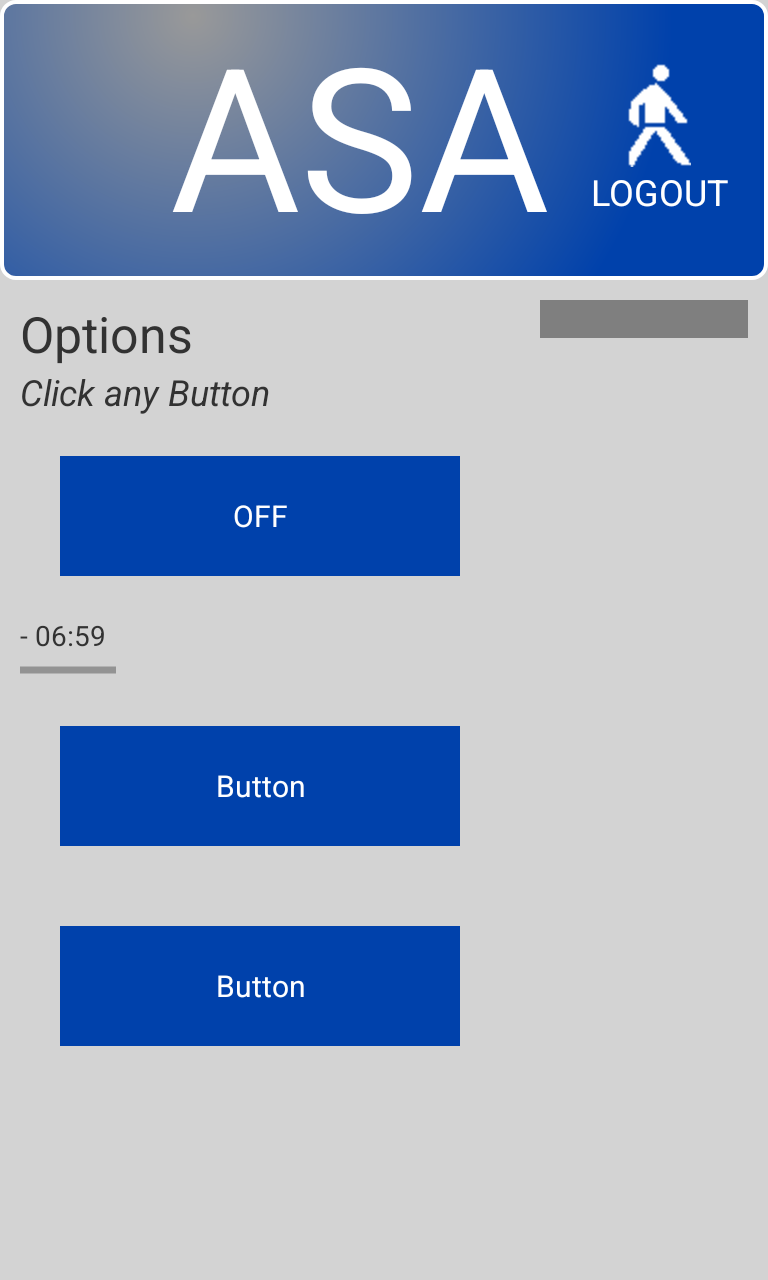
Repository: vinnare89/ASA
Layout: ASA/res/layout/asa_layout.xml
These files come from the project's save history. The layout is drawn as it stood at one moment and after the next save; the edit follows.
Pictures or frames that could not be fetched are drawn as grey boxes. It is drawn on a 768 x 1280 px phone screen (xhdpi) without system bars, with theme AppTheme; the app's code is not run.

Above is the layout before, as saved 2013-12-28 13:52:08.

After the next save:
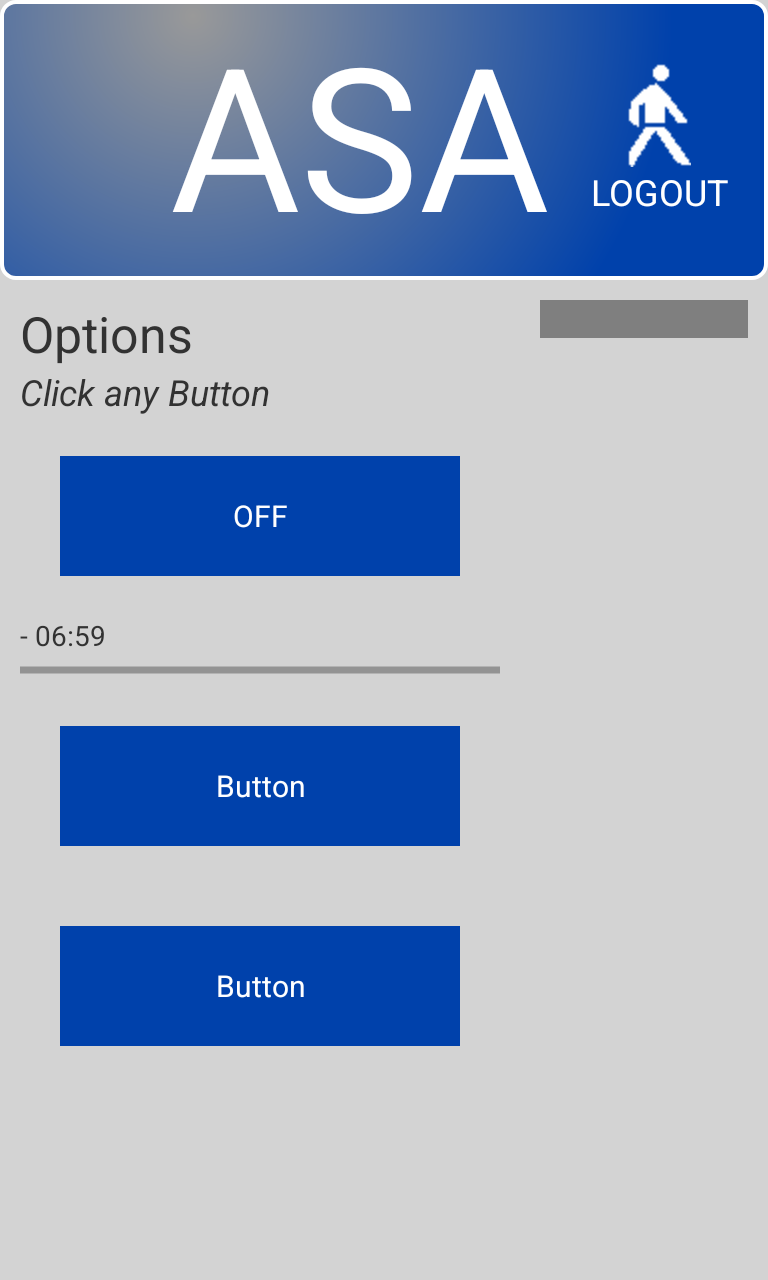
Saved 54 s later.
--- a/ASA/res/layout/asa_layout.xml
+++ b/ASA/res/layout/asa_layout.xml
@@ -75,15 +75,16 @@
                 android:text="ToggleButton" />
 
             <TextView
-                android:id="@+id/AsaControlTime"
-                android:layout_width="wrap_content"
+                android:id="@+id/asaControlTime"
+                android:layout_width="match_parent"
                 android:layout_height="wrap_content"
+                android:layout_gravity="center_horizontal"
                 android:text="- 06:59" />
 
             <ProgressBar
-                android:id="@+id/AsaControlTimeProgressBar"
+                android:id="@+id/asaControlTimeProgressBar"
                 style="?android:attr/progressBarStyleHorizontal"
-                android:layout_width="wrap_content"
+                android:layout_width="match_parent"
                 android:layout_height="wrap_content" />
 
             <Button
